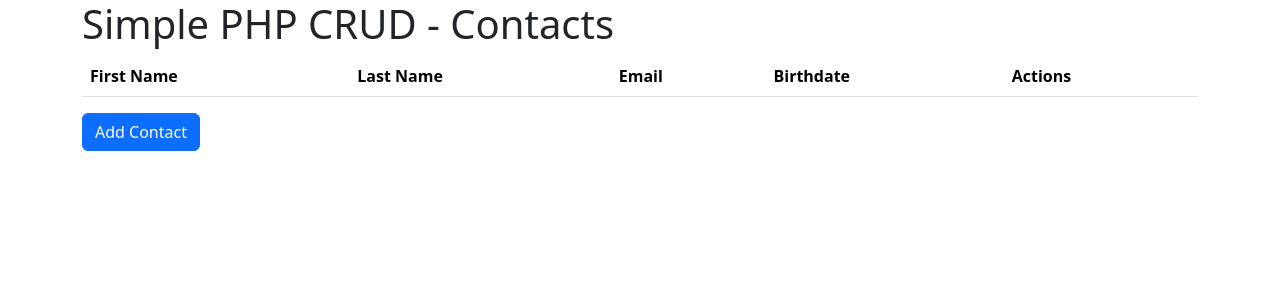
Repository: mennaabdelelhady/PHP-CRUD
Page: http://localhost/
The author's editor kept a copy of each file at every save. The page is drawn from the files as they stood at one save, then again after the next save.
The browser window is 1280 px wide. The pictures show the whole page.
The page is run by PHP 8.4 with error messages shown; the project is at /var/www/html/. Queries for data that is not in the repository find no rows.

Above is the page before, as saved 2024-12-30 05:11:13.

### public/index.php
<?php
require_once '../app/Database.php';

use App\Database;

$database = new Database();
$title ="Simple PHP CRUD - Contacts";
$contacts = $database->getContacts();

?>

<!DOCTYPE html>
<html lang="en">
<head>
    <meta charset="UTF-8">
    <meta name="viewport" content="width=device-width, initial-scale=1.0">
    <link href="https://cdn.jsdelivr.net/npm/bootstrap@5.3.3/dist/css/bootstrap.min.css" rel="stylesheet" integrity="sha384-QWTKZyjpPEjISv5WaRU9OFeRpok6YctnYmDr5pNlyT2bRjXh0JMhjY6hW+ALEwIH" crossorigin="anonymous">
    <title><?php echo $title ?></title>
</head>
<body class="container">
    <h1><?php echo $title ?></h1>
    <table class="table">
        <head>
            <tr>
                <th>First Name</th>
                <th>Last Name</th>
                <th>Email</th>
                <th>Birthdate</th>
                <th>Actions</th>
            </tr>
        </head>
        <tbody>
            <?php foreach ($contacts as $contact):?>
            <tr>
                <td><?php echo $contact['name_first'];?></td>
                <td><?php echo $contact['name_last'];?></td>
                <td><?php echo $contact['email'];?></td>
                <td><?php echo $contact['birthday'];?></td>
                <td>
                    <a href="add_edit.php<?php echo $contact['id'];?>" class="btn btn-primary">Edit</a>
                    <a href="delete.php" class="btn btn-danger">Delete</a>
                </td>
            </tr>
            <?php endforeach; ?>
        </tbody>
    </table>
    <a href="add_edit.php" class="btn btn-primary">Add Contact</a>
</body>
</html>

### app/Database.php
<?php
namespace App;


class Database
{
    private $dbconn;
    public function __construct()
    {
        $this->dbconn = mysqli_connect('localhost',"phpcrud","password","php_crud");
    }

    public function getContacts()
    {
        $sql = "SELECT * FROM contacts";
        $result = mysqli_query($this->dbconn, $sql);
        $contacts = mysqli_fetch_all($result, MYSQLI_ASSOC);
        return $contacts;
    }
}

After the next save:
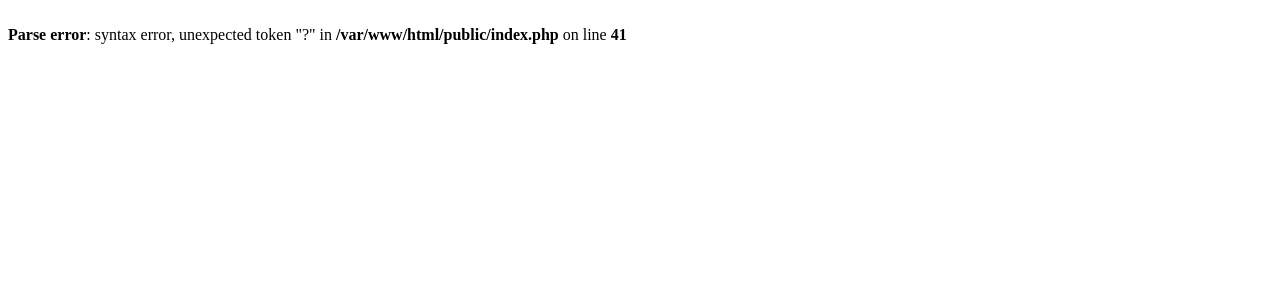
Saved 2 min 18 s later.
--- a/public/index.php
+++ b/public/index.php
@@ -37,8 +37,8 @@
                 <td><?php echo $contact['email'];?></td>
                 <td><?php echo $contact['birthday'];?></td>
                 <td>
-                    <a href="add_edit.php<?php echo $contact['id'];?>" class="btn btn-primary">Edit</a>
-                    <a href="delete.php" class="btn btn-danger">Delete</a>
+                    <a href="add_edit.php?id=<?php echo $contact['id'];?>" class="btn btn-primary">Edit</a>
+                    <a href="delete.php?id=<?php echo $contact['id'];?" class="btn btn-danger">Delete</a>
                 </td>
             </tr>
             <?php endforeach; ?>

After the save that followed:
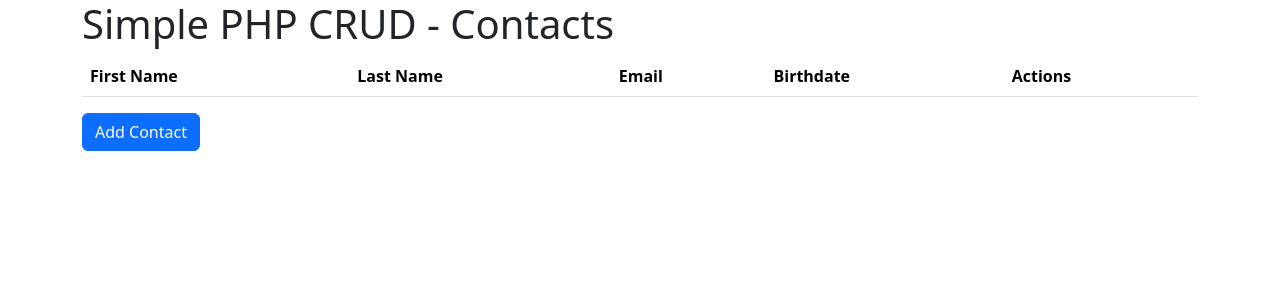
Saved 30 s later.
--- a/public/index.php
+++ b/public/index.php
@@ -38,7 +38,7 @@
                 <td><?php echo $contact['birthday'];?></td>
                 <td>
                     <a href="add_edit.php?id=<?php echo $contact['id'];?>" class="btn btn-primary">Edit</a>
-                    <a href="delete.php?id=<?php echo $contact['id'];?" class="btn btn-danger">Delete</a>
+                    <a href="delete.php?id=<?php echo $contact['id'];?>" class="btn btn-danger">Delete</a>
                 </td>
             </tr>
             <?php endforeach; ?>
